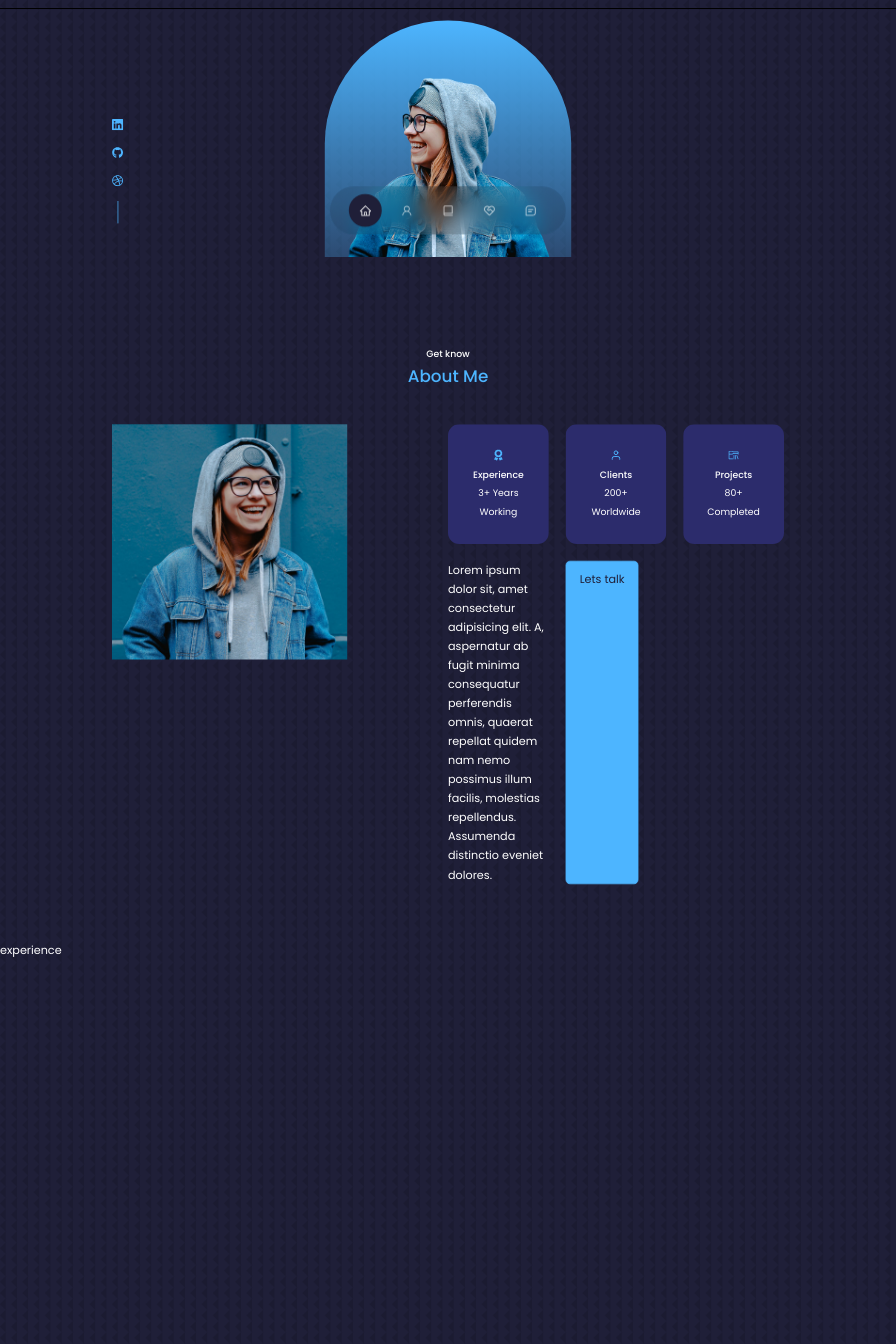
Repository: YuriSarmanho/Portifolio-
Page: / (app in portifolio/)
The author's editor kept a copy of each file at every save. The page is drawn from the files as they stood at one save, then again after a run of saves.
The browser window is 1280 px wide. The pictures show the part of the page from y = 353 to 2273 px (the page is 5835 px tall), at 70% of full size.
The project was rebuilt for these pictures with package versions that can differ from the ones it lists, and the page was loaded fresh each time. Also part of the build but not shown: portifolio/src/Components/Contact/Contact.css, portifolio/src/Components/Testimonials/Testimonials.css. Imported but missing from the stored project, and not drawn on this page: portifolio/src/assets/cv.pdf.

Above is the page before, as saved 2022-05-13 15:11:10.

### portifolio/public/index.html
<!DOCTYPE html>
<html lang="pt-br">
<head>
    <meta charset="UTF-8">
    <meta http-equiv="X-UA-Compatible" content="IE=edge">
    <meta name="viewport" content="width=device-width, initial-scale=1.0">
    <title>Yuri Sarmanho Monteiro</title>
</head>
<body>
    <div id="root"></div>
</body>
</html>

### portifolio/src/index.js
import ReactDOM from 'react-dom'
import App from './App'

ReactDOM.render(<App/>, document.querySelector("#root"))

### portifolio/src/App.jsx
import React from "react";
import './index.css'

import Header from "./Components/Header/Header";
import About from "./Components/About/About";
import Contact from "./Components/Contact/Contact";
import Experience from "./Components/Experience/Experience";
import Footer from "./Components/Footer/Footer";
import Nav from "./Components/Nav/Nav";
import Testimonials from "./Components/Testimonials/Testimonials";
import Service from "./Components/Service/Service";
import Portifolio from "./Components/Portifolio/Portifolio";



const App = () => {
  return (
    <>
      <Header />
      <Nav/>
      <About />
      <Experience/>
      <Service/>
      <Portifolio/>
      <Testimonials/>
      <Contact/>
      <Footer/>
    </>
  );
};

export default App;

### portifolio/src/index.css
@import url('https://fonts.googleapis.com/css2?family=Poppins:wght@300;400;500;600&display=swap');

* {
  margin: 0;
  padding: 0;
  border: 0;
  outline: 0;
  box-sizing: border-box;
  list-style: none;
  text-decoration: none;
}
:root {
  --color-bg: #1f1f38;
  --color-bg-variant: #2c2c6c;
  --color-primary: #4db5ff;
  --color-primary-variant: rgba(77, 181, 255, 0.4);
  --color-white: #fff;
  --color-light: rgba(255, 255, 255, 0.6);

  --transition: all 400ms ease;

  --container-width-lg: 75%;
  --container-width-md: 86%;
  --container-width-sm: 90%;
}
html {
  scroll-behavior: smooth;
}
::-webkit-scrollbar {
  display: none;
}

body {
  font-family: "Poppins", sans-serif;
  background-color: var(--color-bg);
  color: var(--color-white);
  line-height: 1.7;
  background-image: url(../src/assets/bg-texture.png);
}

.container {
  width: var(--container-width-lg);
  margin: 0 auto;
}

h1,
h2,
h3,
h4,
h5 {
  font-weight: 500;
}
h1 {
  font-size: 2.5rem;
}
section {
  margin-top: 8rem;
  height: 100vh;
}
section > h2,
section > h5 {
  text-align: center;
  color: var(--color-ligth);
}

section > h2 {
  color: var(--color-primary);
  margin-bottom: 3rem;
}

.text-light {
  color: var(--color-light);
}
a {
  color: var(--color-primary);
  transition: var(--transition);
}
a:hover{
    color: var(--color-white);
}
.btn{
    width: max-content;
    display: inline-block;
    color: var(--color-primary);
    padding: 0.75rem 1.2rem;
    border-radius: 0.4rem;
    cursor: pointer;
    border: 1px solid var(--color-primary);
    transition: var(--transition);
}

.btn:hover{
    background-color: var(--color-white);
    color: var(--color-bg);
    border: transparent;
}

.btn-primary{
    background-color: var(--color-primary);
    color: var(--color-bg);
}

img{
  display: block;
  width: 100%;
  object-fit: cover;
}

/*MEDIUM DEVICE*/
@media screen and (max-width:1024px){
    .container{
        width: var(--container-width-md);
    }
    section{
        margin-top: 6rem;
    }
}

/*SMALL DEVICE*/
@media screen and (max-width:600px){
    .container{
        width: var(--container-width-sm);
    }
    section > h2{
        margin-bottom: 2rem;
    }
}

### portifolio/src/Components/Header/Header.jsx
import React from 'react'
import CTA from './CTA'
import ME from '../../assets/me.png'
import HeaderSocials from './HeaderSocials'
import './Header.css'

const header = () => {
  return (
    <header>
      <div className="container header__container">
        <h5>Hello i'm</h5>
        <h1>Yuri Sarmanho Monteiro</h1>
        <h5 className="text-light">Frontend Developer</h5>
        <CTA />
        <HeaderSocials/>
        <div className="me">
          <img src={ME} alt="foto de perfil" />
        </div>
      </div>
    </header>
  )
}

export default header

### portifolio/src/Components/About/About.jsx
import React from "react";
import ME from "../../assets/me-about.jpg";
import { FaAward } from "react-icons/fa";
import { FiUser } from "react-icons/fi";
import { VscFolderLibrary } from "react-icons/vsc";
import "./About.css";

const About = () => {
  return (
    //refactor
    <section id="about">
      <h5>Get know</h5>
      <h2>About Me</h2>

      <div className="container about__container">
        <div className="about__me">
          <div className="about__me-image">
            <img src={ME} alt="minha foto" />
          </div>
        </div>

        <div className="about__content">
          <div className="about__cards">
            <article className="about__card">
              <FaAward className="about__icon" />
              <h5>Experience</h5>
              <small>3+ Years Working</small>
            </article>

            <article className="about__card">
              <FiUser className="about__icon" />
              <h5>Clients</h5>
              <small>200+ Worldwide</small>
            </article>

            <article className="about__card">
              <VscFolderLibrary className="about__icon" />
              <h5>Projects</h5>
              <small>80+ Completed</small>
            </article>
            <p>
              Lorem ipsum dolor sit, amet consectetur adipisicing elit. A,
              aspernatur ab fugit minima consequatur perferendis omnis, quaerat
              repellat quidem nam nemo possimus illum facilis, molestias
              repellendus. Assumenda distinctio eveniet dolores.
            </p>
            <a href="#contact" className="btn btn-primary">
              Lets talk
            </a>
          </div>
        </div>
      </div>
    </section>
  );
};

export default About;

### portifolio/src/Components/Contact/Contact.jsx
import React from 'react'
import './Contact.css'
const Contact = () => {
  return (
    <section id='contact'>Contact</section>
  )
}

export default Contact

### portifolio/src/Components/Experience/Experience.jsx
import React from 'react'

const experience = () => {
  return (
    <section id='experience'>experience</section>
  )
}

export default experience

### portifolio/src/Components/Nav/Nav.jsx
import React, { useState } from "react";
import { AiOutlineHome } from "react-icons/ai";
import { AiOutlineUser } from "react-icons/ai";
import { BiBookAlt } from "react-icons/bi";
import { RiServiceLine } from "react-icons/ri";
import { BiMessageSquareDetail } from "react-icons/bi";
import "./Nav.css";

const Nav = () => {
  const [activeNav, setActiveNav] = useState("#");
  //Refatorar essa parte dps que acabar o projeto
  return (
    <nav>
      <a
        href="#"
        onClick={() => setActiveNav("#")}
        className={activeNav === "#" ? "active" : ""}
      >
        <AiOutlineHome />
      </a>
      <a
        href="#about"
        onClick={() => setActiveNav("#about")}
        className={activeNav === "#about" ? "active" : ""}
      >
        <AiOutlineUser />
      </a>
      <a
        href="#experience"
        onClick={() => setActiveNav("#experience")}
        className={activeNav === "#experience" ? "active" : ""}
      >
        <BiBookAlt />
      </a>
      <a
        href="#service"
        onClick={() => setActiveNav("#service")}
        className={activeNav === "#service" ? "active" : ""}
      >
        <RiServiceLine />
      </a>
      <a
        href="#contact"
        onClick={() => setActiveNav("#contact")}
        className={activeNav === "#contact" ? "active" : ""}
      >
        <BiMessageSquareDetail />
      </a>
    </nav>
  );
};

export default Nav;

### portifolio/src/Components/Testimonials/Testimonials.jsx
import React from 'react'
import './Testimonials.css'
const Testimonials = () => {
  return (
    <section id='testimonials'>Testimonials</section>
  )
}

export default Testimonials

### portifolio/src/Components/Service/Service.jsx
import React from 'react'

const Service = () => {
  return (
    <section id='service'>Service</section>
  )
}

export default Service

### portifolio/src/Components/Portifolio/Portifolio.jsx
import React from 'react'
import './Portifolio.css'
const Portifolio = () => {
  return (
    <section>Portifolio</section>
  )
}

export default Portifolio

### portifolio/src/Components/Header/CTA.jsx
import React from 'react'
import CV from '../../assets/cv.pdf'
const CTA = () => {
  return (
    <div className="cta">
        <a href={CV} download className='btn'>Download CV</a>
        <a href='#contact' className='btn btn-primary'>Lest's Talk</a>
    </div>
  )
}

export default CTA

### portifolio/src/Components/Header/HeaderSocials.jsx
import React from 'react'
import {BsLinkedin} from 'react-icons/bs'
import {FaGithub} from 'react-icons/fa'
import {FaDribbble} from 'react-icons/fa'
import './Header.css'

const HeaderSocials  = () => {
  return (
      <div className="header__socials">
          <a href="http://linkedin.com" target="_blank"><BsLinkedin/></a>
          <a href="http://github.com" target="_blank"><FaGithub/></a>
          <a href="http://dribbble.com" target="_blank"><FaDribbble/></a>
      </div>
  )
}

export default HeaderSocials

### portifolio/src/Components/Header/Header.css
header {
  height: 100vh;
  padding-top: 7rem;
  overflow: hidden;
}

.header__container {
  text-align: center;
  height: 100%;
  position: relative;
}

.cta {
  margin-top: 2.5rem;
  display: flex;
  gap: 1.2rem;
  justify-content: center;
}
.header__socials {
  display: flex;
  flex-direction: column;
  align-items: center;
  gap: 0.8rem;
  position: absolute;
  left: 0;
  bottom: 3rem;
}

.header__socials::after {
  content: "";
  width: 1px;
  height: 2rem;
  background-color: var(--color-primary);
}

.me {
  background: linear-gradient(var(--color-primary), transparent);
  width: 22rem;
  height: 30rem;
  position: absolute;
  left: calc(50% - 11rem);
  margin-top: 4rem;
  border-radius: 12rem 12rem 0 0;
  overflow: hidden;
  padding: 5rem 1.5rem 1.5rem 1.5rem;
}

.scroll__down {
  position: absolute;
  right: -2.3rem;
  bottom: 5rem;
  transform: rotate(90deg);
  font-weight: 300;
  font-size: 0.9rem;
}

/*MEDIUM DEVICE*/
@media screen and (max-width: 1024px) {
  header {
    height: 68vh;
  }
}

/*SMALL DEVICE*/
@media screen and (max-width: 600px) {
  header {
    height: 100vh;
  }
  .header__socials,
  .scroll__down {
    display: none;
  }
}

### portifolio/src/Components/About/About.css
.about__container {
  display: grid;
  grid-template-columns: 35% 50%;
  gap: 15%;
}

.about__me {
  width: 100%;
  aspect-ratio: 1/1;
  border-radius: 2rem;
  background: linear-gradient(
    45deg,
    transparent,
    var(--color-primary),
    transparent
  );
  display: grid;
  place-content: center;
}

.aboutme__me-image {
  border-radius: 2rem;
  overflow: hidden;
  transform: rotate(10deg);
  transition: var(--transition);
}

.about__me-image:hover {
  transform: rotate(0);
}
.about__cards {
  display: grid;
  grid-template-columns: repeat(3, 1fr);
  gap: 1.5rem;
}

.about__card {
    background: var(--color-bg-variant);
    border: 1px solid transparent;
    border-radius: 1rem;
    padding: 2rem;
    text-align: center;
    transition: var(--transition);
}

.about__card:hover{
    background:transparent;
    border-color: var(--color-primary-variant);
    cursor: default;
}
.about__icon{
    color: var(--color-primary);

}

### portifolio/src/Components/Nav/Nav.css
nav {
  background-color: rgba(0, 0, 0, 0.1);
  width: max-content;
  display: block;
  padding: 0.7rem 1.7rem;
  z-index: 2;
  position: fixed;
  left: 50%;
  transform: translate(-50%);
  bottom: 2rem;
  display: flex;
  gap: 0.8rem;
  border-radius: 3rem;
  backdrop-filter: blur(15px);
}

nav a {
  background: transparent;
  padding: 0.9rem;
  border-radius: 50%;
  display: flex;
  color: var(--color-light);
  font-size: 1.1rem;
}

nav a:hover {
  background-color: rgba(0, 0, 0, 0.3);
}

nav a.active {
  background: var(--color-bg);
  color: var(--color-white);
}

Loaded but not shown: portifolio/src/Components/Footer/Footer.jsx (common file); portifolio/src/Components/Portifolio/Portifolio.css (no stored copy; drawn as an empty file)

After the next 6 saves:
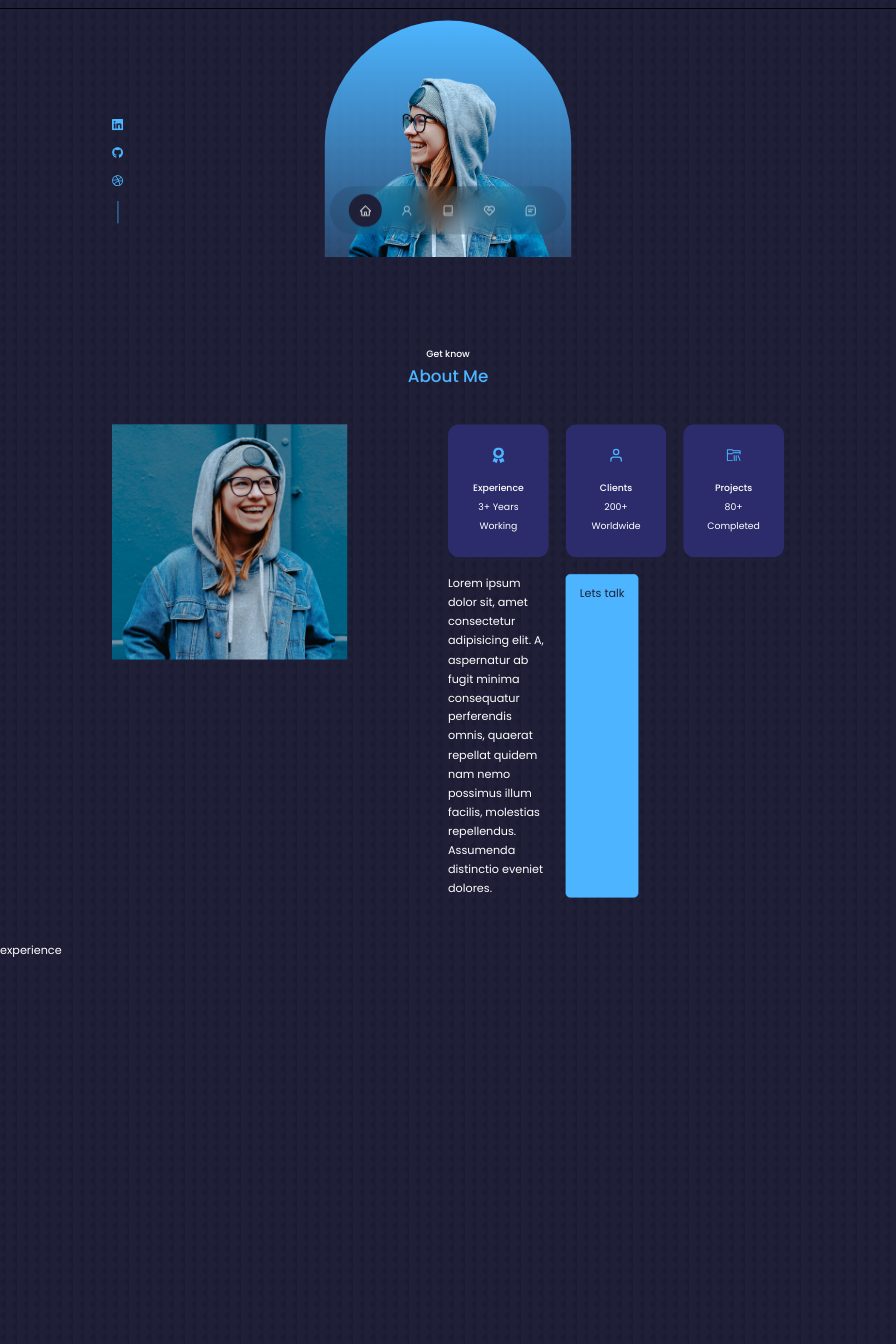
The 6 saves are shown as one change because they came seconds apart.
The last was saved 19 s later.
--- a/portifolio/src/Components/About/About.css
+++ b/portifolio/src/Components/About/About.css
@@ -50,5 +50,7 @@
 }
 .about__icon{
     color: var(--color-primary);
-
+    font-size: 1.4rem;
+    margin-bottom: 1rem;
 }
+about
